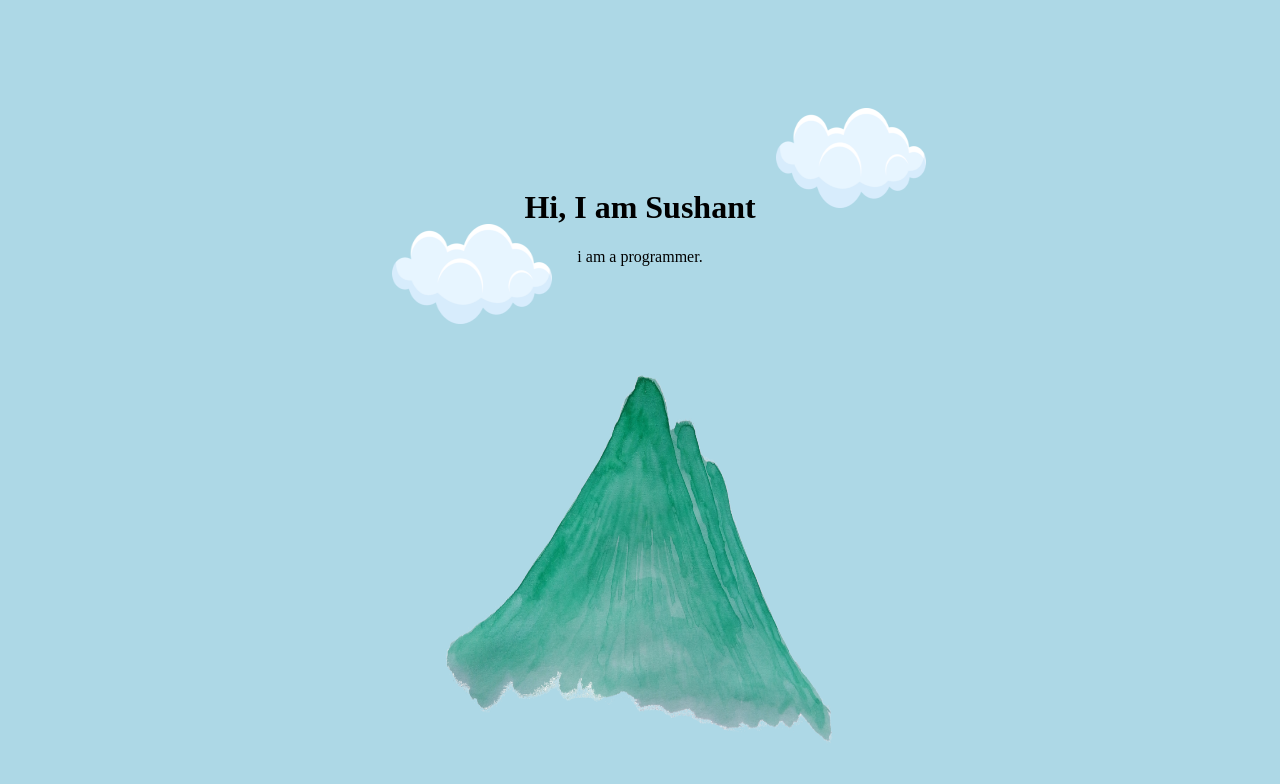
Repository: Sushant203/myPersonalSite
Page: index.html
These files come from the project's save history. The page is drawn as it stood at one moment and after the next save; the edit follows.
The browser window is 1280 px wide. The pictures show the whole page.

Above is the page before, as saved 2022-12-09 18:25:46.

### index.html
<!DOCTYPE html>
<html lang="en">

<head>
    <meta charset="UTF-8">
    <meta http-equiv="X-UA-Compatible" content="IE=edge">
    <meta name="viewport" content="width=device-width, initial-scale=1.0">
    <title>Document</title>
    <link rel="stylesheet" href="\css\style.css">
    <link rel="favicon" href="favicon.ico">
</head>

<body>
    <div class="container">
        <div>
            <img class="top-cloud" src="cloud.png" alt="upper-cloud">
        </div>
        <div class="header-text">
            <h1>Hi, I am Sushant</h1>
            <p>i am a programmer.</p>
        </div>
        <div>
            <img class="bottom-cloud" src="cloud.png" alt="lower cloud">
            <img class="mountain-image" src="mountain-1.png" alt="mountain img">
        </div>
    </div>


</body>

</html>

### css/style.css
body{
    background-color: lightblue;

    }

.container{
    margin:  0;
    position: relative;
    text-align: center;
    padding-top: 100px;

}

.top-cloud{
    height: 100px;
    width: 150px;
    position: absolute;
   left: 60vw;
}

.header-text{
display: inline-block;
/* position: absolute; */
margin: 60px;

}

.bottom-cloud{
    height: 100px;
    width: 160px;
    position: absolute;
    top: 30vh;
    left: 30vw;
}

.mountain-image{

    height: 430px;
    width: 400px;
}

After the next save:
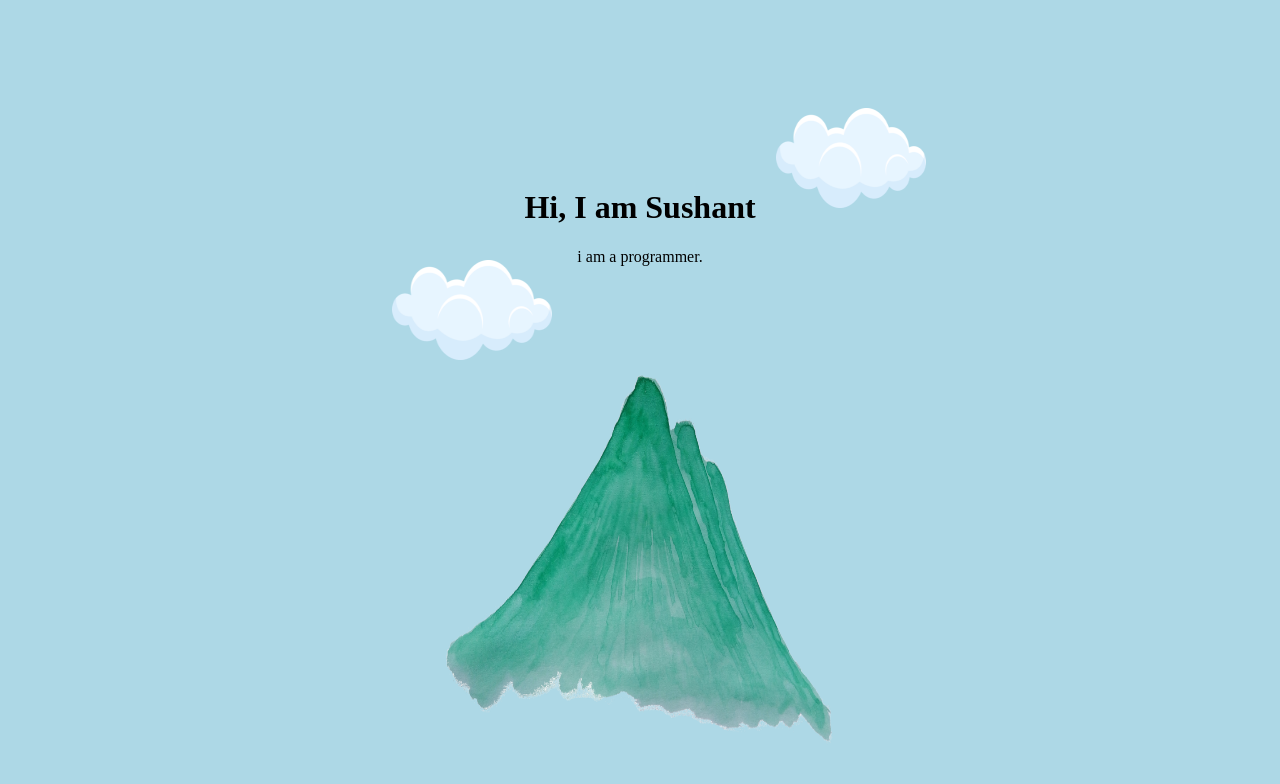
Saved 11 s later.
--- a/css/style.css
+++ b/css/style.css
@@ -29,7 +29,7 @@ margin: 60px;
     height: 100px;
     width: 160px;
     position: absolute;
-    top: 30vh;
+    top: 35vh;
     left: 30vw;
 }
 
